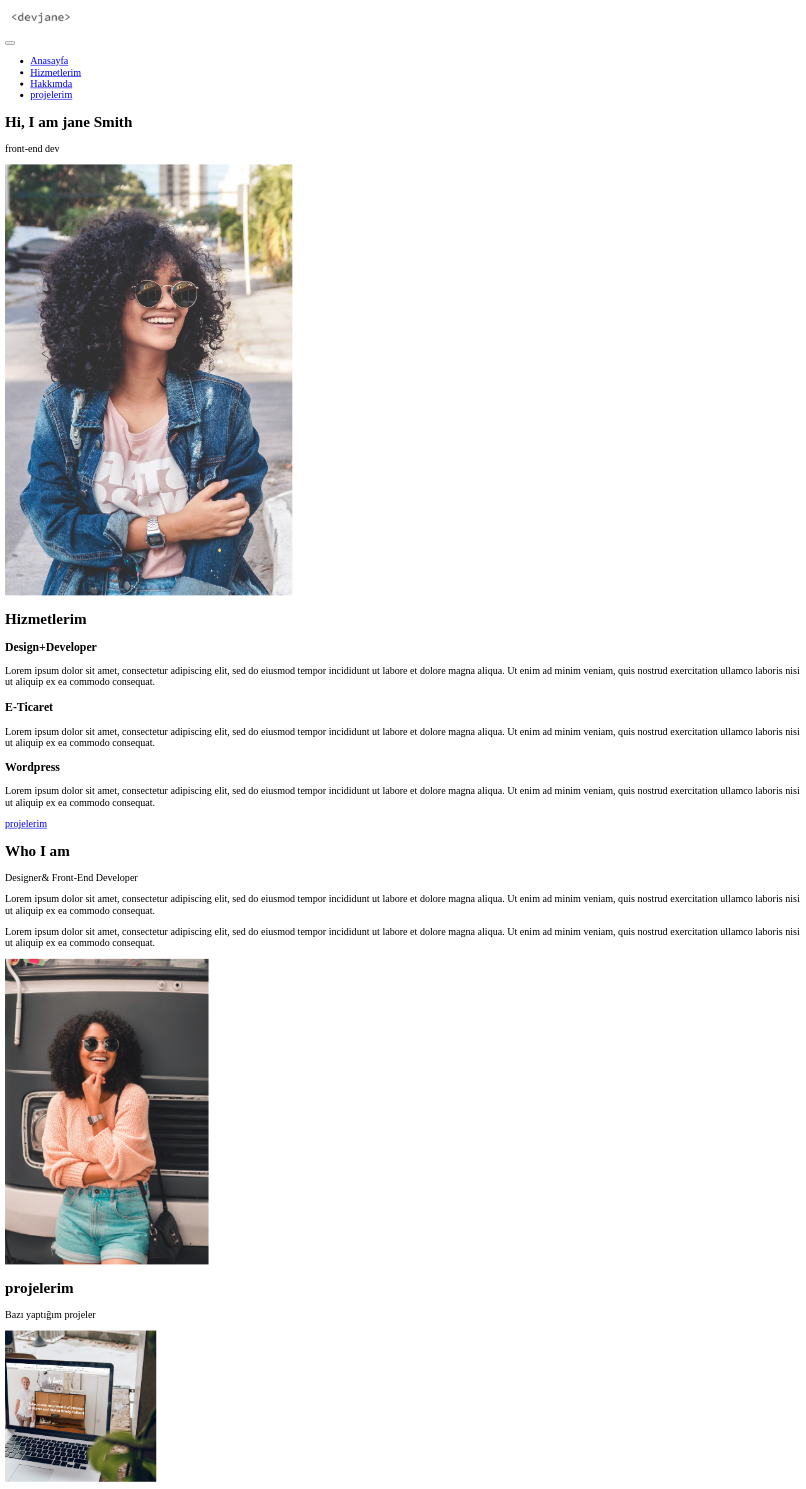
Repository: denizangin/portfolyo
Page: index.html
The author's editor kept a copy of each file at every save. The page is drawn from the files as they stood at one save, then again after a run of saves.
The browser window is 1280 px wide. The pictures show the whole page, at 63% of full size.

Above is the page before, as saved 2024-08-01 04:12:33.

### index.html
<!DOCTYPE html>
<html lang="tr">

<head>
    <meta charset="UTF-8">
    <meta name="viewport" content="width=device-width, initial-scale=1.0">
    <title> jane Smith Portfolyo</title>
</head>

<body>
    <header>
        <div class="logo">
            <img src="img/DEVJANE.png" alt="logo">
        </div>

        <button class="nav-toggle">
            <span class="hamburger"></span>
        </button>

        <nav class="nav">
            <ul class="nav__list">
                <li class="nav__item">
                    <a href="#home" class="nav__link">Anasayfa</a>
                </li>
                <li class="nav__item">
                    <a href="#services" class="nav__link">Hizmetlerim</a>
                </li>
                <li class="nav__item">
                    <a href="#" class="nav__link">Hakkımda</a>
                </li>
                <li class="nav__item">
                    <a href="#" class="nav__link">projelerim</a>
                </li>
            </ul>
        </nav>


    </header>

    <!-- Introduction-->
    <section class="intro" id="home">
        <h1 class="section__title section__title--intro"> Hi, I am <strong> jane Smith </strong> </h1>
        <P class="section__titlesection__subtitle--intro"> front-end dev</P>
        <img src="img/component (3).png" alt="jane smith gülümsediği foto">
    </section>

    <!--My Services-->
    <section class="my services" id="services">
        <h2 class="section__titile section__title--services"> Hizmetlerim</h2>
        <div class="services">
            <div class="service">
                <h3> Design+Developer</h3>
                <p> Lorem ipsum dolor sit amet, consectetur adipiscing elit, sed do eiusmod tempor incididunt ut labore
                    et dolore magna aliqua. Ut enim ad minim veniam, quis nostrud exercitation ullamco laboris nisi ut
                    aliquip ex ea commodo consequat.</p>
            </div>

            <div class="service ">
                <h3>E-Ticaret</h3>
                <p>Lorem ipsum dolor sit amet, consectetur adipiscing elit, sed do eiusmod tempor incididunt ut labore
                    et dolore magna aliqua. Ut enim ad minim veniam, quis nostrud exercitation ullamco laboris nisi ut
                    aliquip ex ea commodo consequat.</p>
            </div>

            <div class="service ">
                <h3>Wordpress</h3>
                <p>Lorem ipsum dolor sit amet, consectetur adipiscing elit, sed do eiusmod tempor incididunt ut labore
                    et dolore magna aliqua. Ut enim ad minim veniam, quis nostrud exercitation ullamco laboris nisi ut
                    aliquip ex ea commodo consequat.</p>
            </div>
        </div>

        <a href="#work"> projelerim </a>

    </section>

    <!--About Me-->
    <section class="about_me" id="about">
        <h2 class="section__title section __title--about"> Who I am</h2>
        <P class="section __subtitle section__subtitle--about">Designer& Front-End Developer</P>

        <div class="about-me__body">
            <p> Lorem ipsum dolor sit amet, consectetur adipiscing elit, sed do eiusmod tempor incididunt ut labore et
                dolore magna aliqua. Ut enim ad minim veniam, quis nostrud exercitation ullamco laboris nisi ut aliquip
                ex ea commodo consequat.</p>
            <p>Lorem ipsum dolor sit amet, consectetur adipiscing elit, sed do eiusmod tempor incididunt ut labore et
                dolore magna aliqua. Ut enim ad minim veniam, quis nostrud exercitation ullamco laboris nisi ut aliquip
                ex ea commodo consequat.</p>
        </div>

        <img src="img/component.png" alt="jane ayakta fotosu">
    </section>

    <!--My Work-->
     <section class="my-work" id="work">
        <h2 class= "section__title"> projelerim </h2>
        <p class="section__subtitle"> Bazı yaptığım projeler</p>

        <div class="portfolio">
            <a href="#" class="portfolio-item">
                <img src="img/component (15).png" class="portfolio__item">


            </a>

        </div>


     </section>











</body>

</html>

After the next 2 saves:
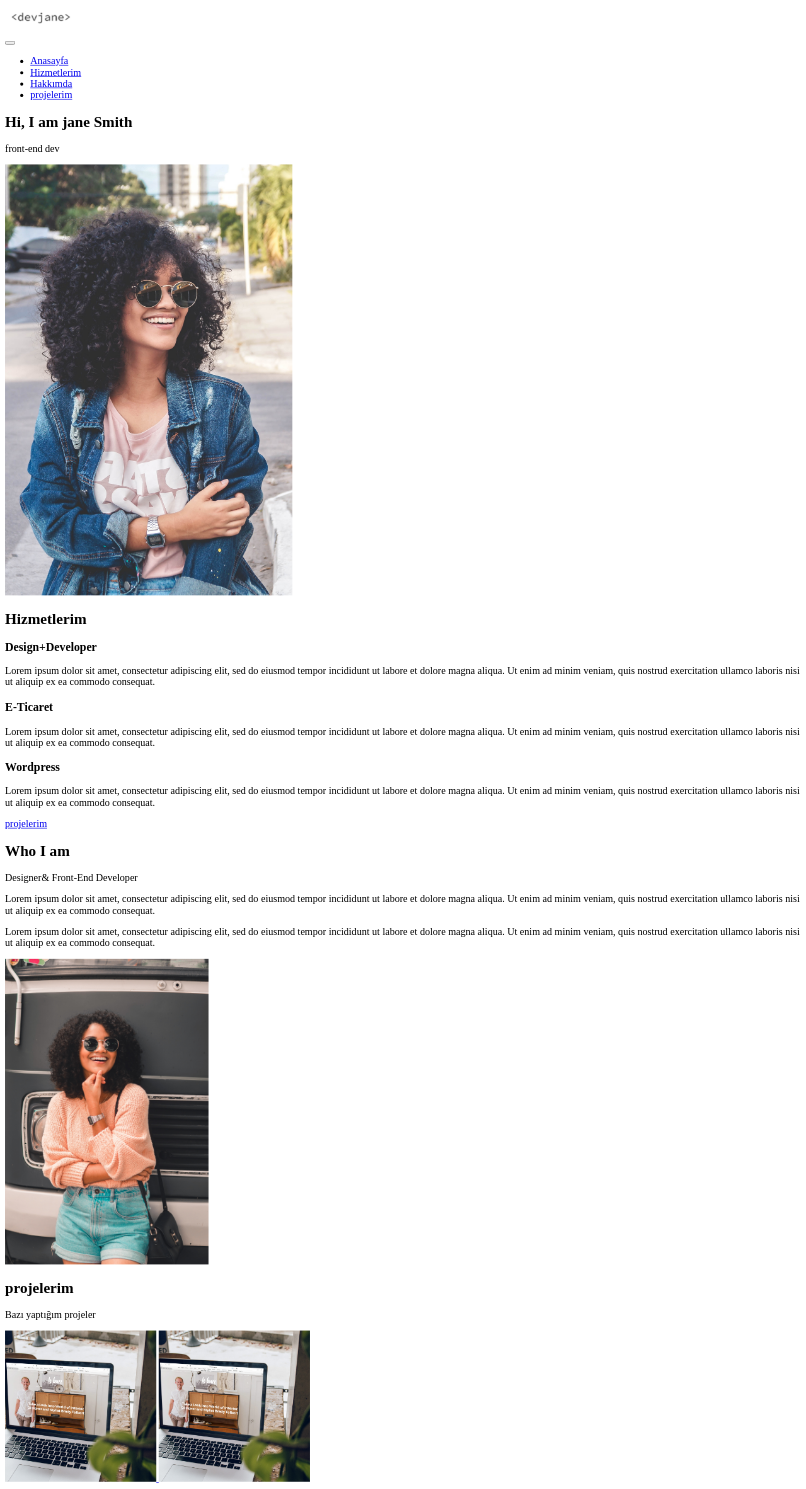
The 2 saves are shown as one change because they came seconds apart.
The last was saved 33 s later.
--- a/index.html
+++ b/index.html
@@ -99,6 +99,8 @@
         <div class="portfolio">
             <a href="#" class="portfolio-item">
                 <img src="img/component (15).png" class="portfolio__item">
+                <a href="#" class="portfolio-item">
+                    <img src="img/component (15).png" class="portfolio__item">
 
 
             </a>
